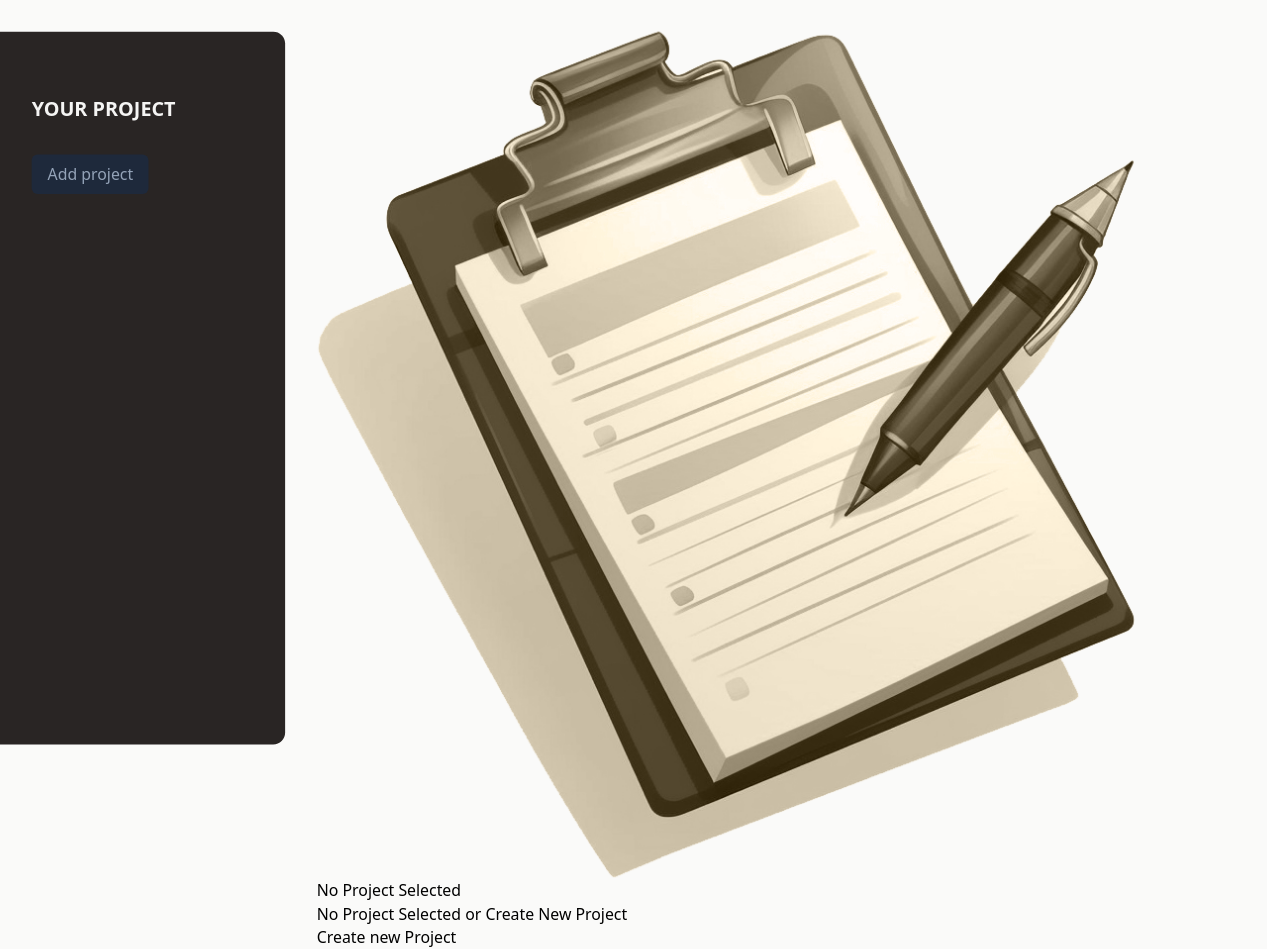
Repository: sibi24sibi/todo-list-using-reactjs
Page: /
These files come from the project's save history. The page is drawn as it stood at one moment and after the next save; the edit follows.
The browser window is 1280 px wide. The pictures show the whole page, at 99% of full size.
The project was rebuilt for these pictures with package versions that can differ from the ones it lists, and the page was loaded fresh each time. Also part of the build but not shown: vite.config.js, src/Components/Input.jsx, src/Components/NewProjects.jsx.

Above is the page before, as saved 2024-06-24 14:46:07.

### src/App.jsx
import NewPoject from "./Components/NewProjects";
import Noprojects from "./Components/NoProjects";
import SideBar from "./Components/SideBar";

function App() {
  return (
    <>
      <main className="h-screen my-8 flex gap-8">
        <SideBar />
        <Noprojects />
      </main>
    </>
  );
}

export default App;

### src/Components/NoProjects.jsx
import noProjects from "../assets/no-projects.png";

export default function Noprojects() {
  return (
    <div>
      <img src={noProjects} alt="No Projects" />
      <h2>No Project Selected</h2>
      <p>No Project Selected or Create New Project</p>
      <p>
        <button>Create new Project</button>
      </p>
    </div>
  );
}

### src/Components/SideBar.jsx
export default function SideBar() {
  return (
    <aside className="w-1/3 px-8 py-16 bg-stone-800 text-stone-50 md:w-72 rounded-r-xl">
      <h2 className="mb-8 font-bold uppercase md:text-xl text-stone-100">
        your project
      </h2>
      <div>
        <button className="px-4 py-2 text-slate-400 hover:text-slate-900 md:text-base rounded-md bg-slate-800 hover:bg-slate-400">
          Add project
        </button>
      </div>
      <ul></ul>
    </aside>
  );
}

Loaded but not shown: index.html (common file); src/main.jsx (common file); src/index.css (common file); tailwind.config.js (common file)

After the next save:
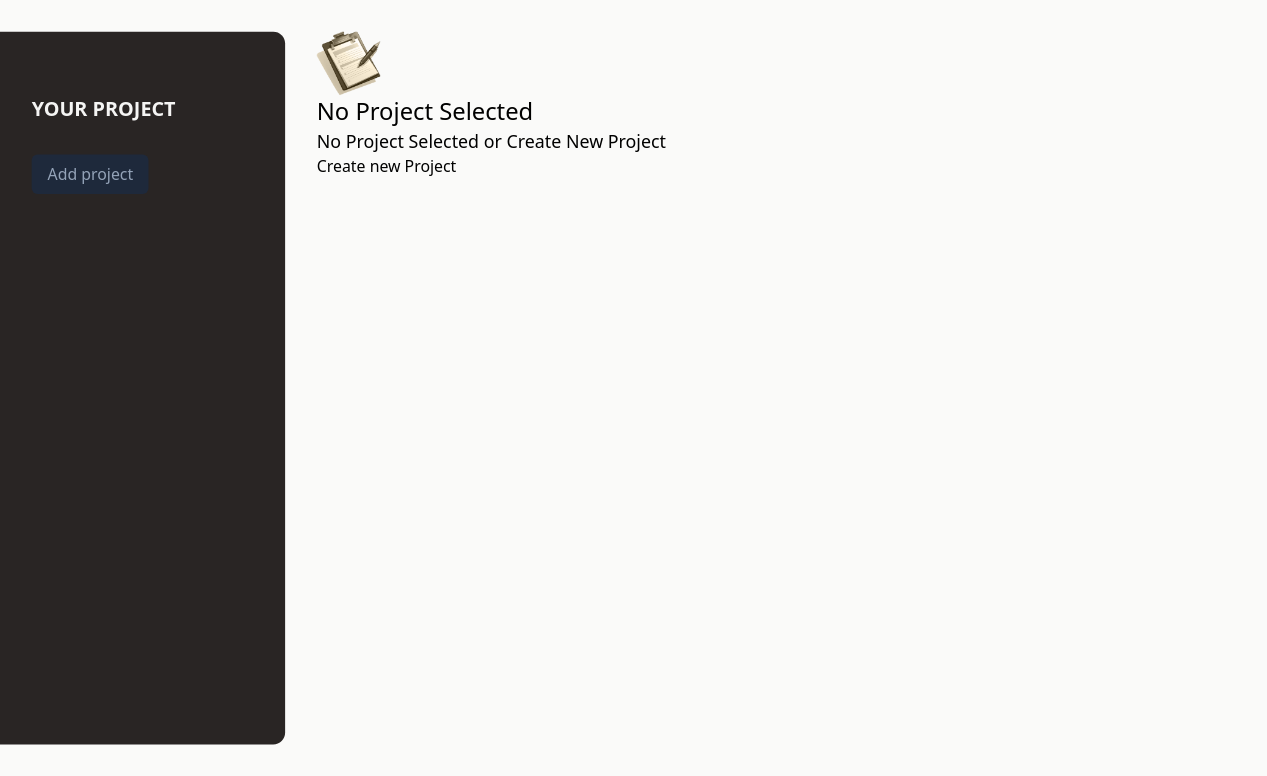
Saved 3 s later.
--- a/src/Components/NoProjects.jsx
+++ b/src/Components/NoProjects.jsx
@@ -3,11 +3,11 @@ import noProjects from "../assets/no-projects.png";
 export default function Noprojects() {
   return (
     <div>
-      <img src={noProjects} alt="No Projects" />
-      <h2>No Project Selected</h2>
-      <p>No Project Selected or Create New Project</p>
+      <img src={noProjects} alt="No Projects" className="w-16 h-16" />
+      <h2 className="text-2xl ">No Project Selected</h2>
+      <p className=" text-lg">No Project Selected or Create New Project</p>
       <p>
-        <button>Create new Project</button>
+        <button className="">Create new Project</button>
       </p>
     </div>
   );
